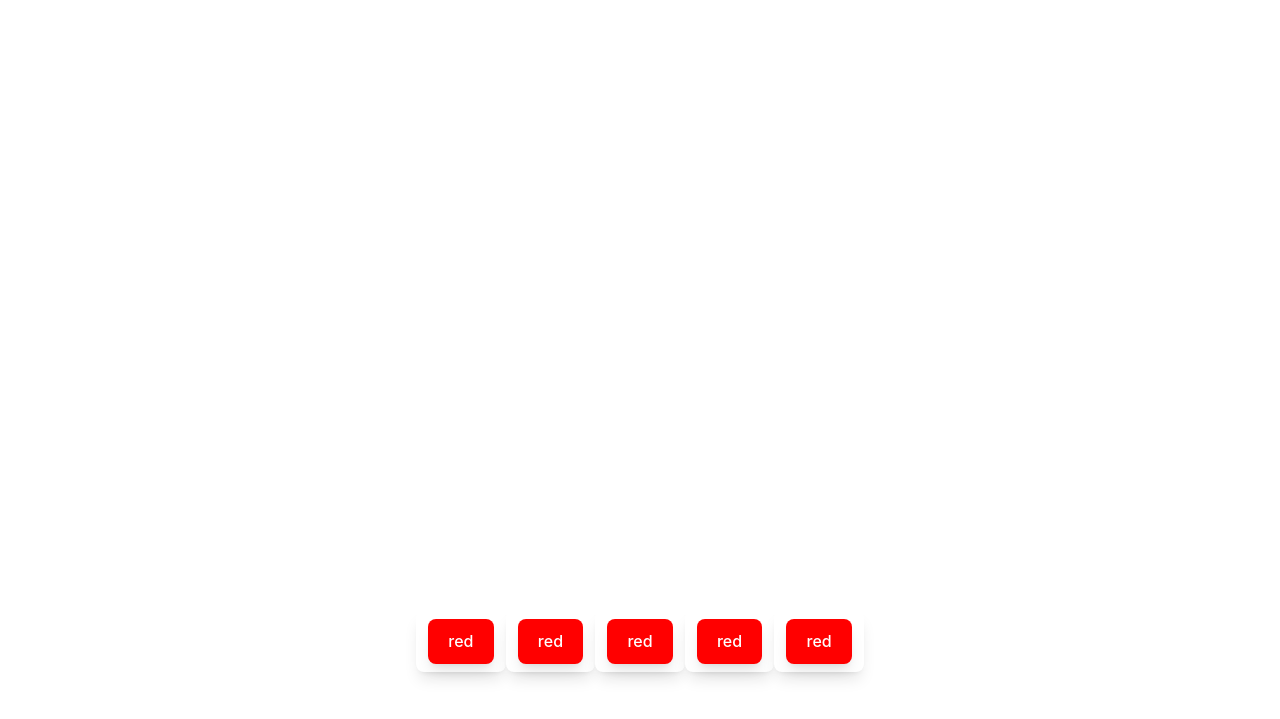
Repository: Mohitkumar1322/ReactTut
Page: / (app in BgchangerProject/)
These files come from the project's save history. The page is drawn as it stood at one moment and after a run of saves; the edit follows.
The browser window is 1280 px wide. The pictures show the whole page.
The project was rebuilt for these pictures with package versions that can differ from the ones it lists, and the page was loaded fresh each time. Also part of the build but not shown: BgchangerProject/vite.config.js.

Above is the page before, as saved 2025-07-26 20:44:40.

### BgchangerProject/src/App.jsx
import { useState } from 'react'
import './App.css'

function App() {

  // This is the main application component
  // You can add your components and logic here
  const [color , setColor] = useState("olive")

  return (
    <>
      <div className="w-full h-screen duration-200 "
      style ={{backgroundColor: color}}>

        <div className="fixed flex flex-wrap justify-center bottom-12 inset-x-0 px-2">
          <div className="flex flex-wrap justify-center gap-2 shadow-lg bg-white px-3 py-2 rounded-lg"
          >
            <button className='outline-none px-4 py-1 rounded-full text-white shadow-lg' style={{backgroundColor: "red"}}>red</button>
          </div>
          <div className="flex flex-wrap justify-center gap-2 shadow-lg bg-white px-3 py-2 rounded-lg"
          >
            <button className='outline-none px-4 py-1 rounded-full text-white shadow-lg' style={{backgroundColor: "red"}}>red</button>
          </div>
          <div className="flex flex-wrap justify-center gap-2 shadow-lg bg-white px-3 py-2 rounded-lg"
          >
            <button className='outline-none px-4 py-1 rounded-full text-white shadow-lg' style={{backgroundColor: "red"}}>red</button>
          </div>
          <div className="flex flex-wrap justify-center gap-2 shadow-lg bg-white px-3 py-2 rounded-lg"
          >
            <button className='outline-none px-4 py-1 rounded-full text-white shadow-lg' style={{backgroundColor: "red"}}>red</button>
          </div>
          <div className="flex flex-wrap justify-center gap-2 shadow-lg bg-white px-3 py-2 rounded-lg"
          >
            <button className='outline-none px-4 py-1 rounded-full text-white shadow-lg' style={{backgroundColor: "red"}}>red</button>
          </div>

            </div>
      </div>

    </>
  )
}

export default App

Loaded but not shown: BgchangerProject/index.html (common file); BgchangerProject/src/main.jsx (common file); BgchangerProject/src/index.css (common file); BgchangerProject/src/App.css (common file)

After the next 2 saves:
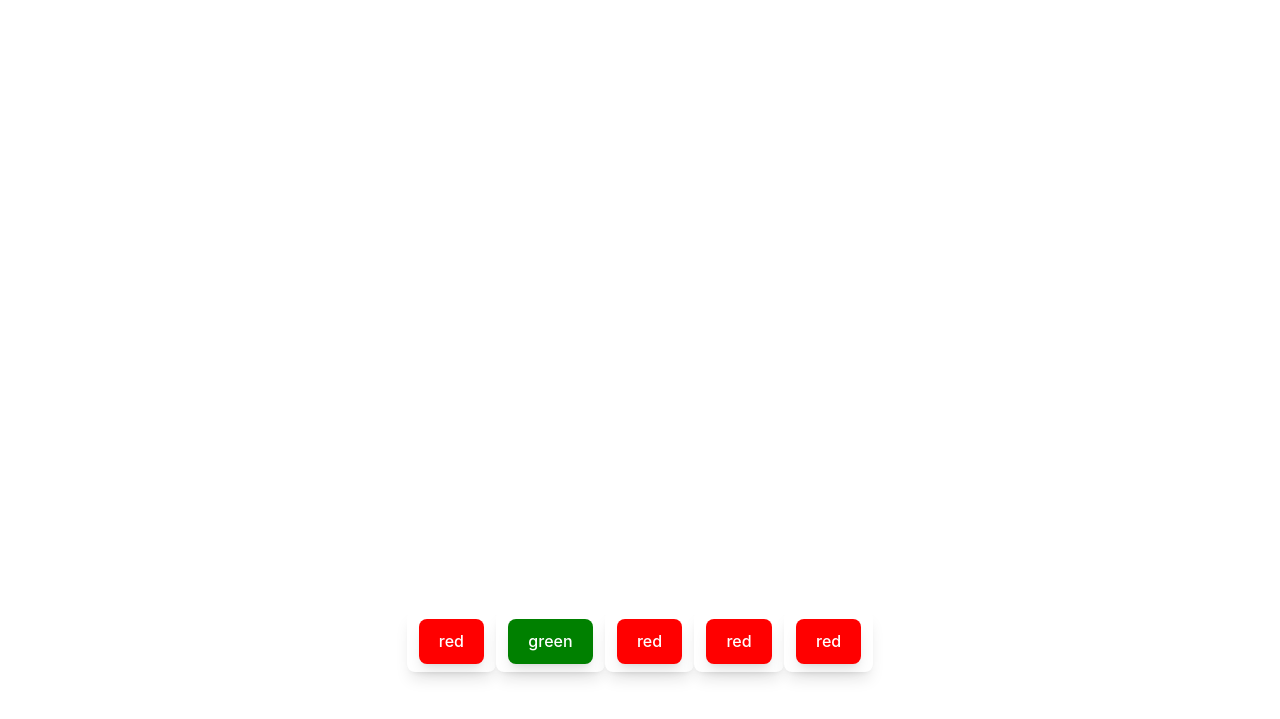
The 2 saves are shown as one change because they came seconds apart.
The last was saved 32 s later.
--- a/BgchangerProject/src/App.jsx
+++ b/BgchangerProject/src/App.jsx
@@ -19,7 +19,7 @@ function App() {
           </div>
           <div className="flex flex-wrap justify-center gap-2 shadow-lg bg-white px-3 py-2 rounded-lg"
           >
-            <button className='outline-none px-4 py-1 rounded-full text-white shadow-lg' style={{backgroundColor: "red"}}>red</button>
+            <button className='outline-none px-4 py-1 rounded-full text-white shadow-lg' style={{backgroundColor: "green"}}>green</button>
           </div>
           <div className="flex flex-wrap justify-center gap-2 shadow-lg bg-white px-3 py-2 rounded-lg"
           >
